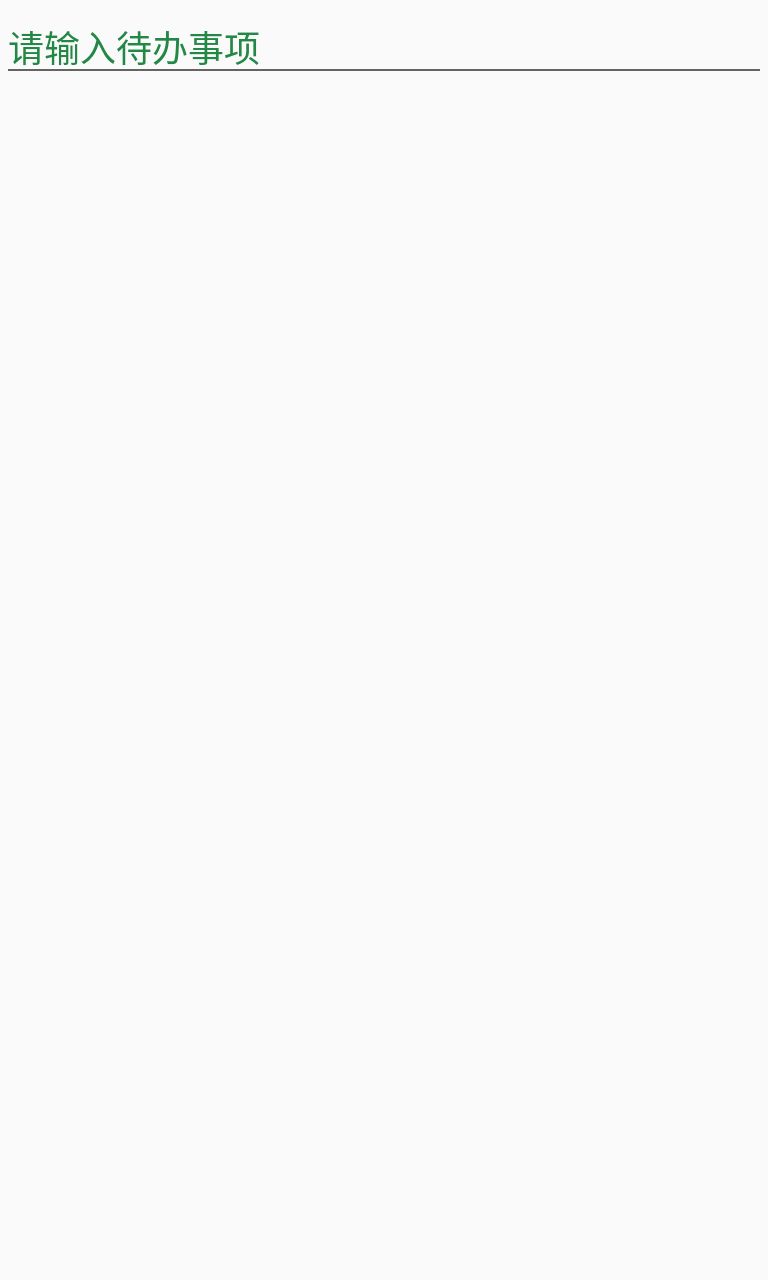
Repository: sh-zh-en/NBTodo
Layout: nbtodo/NBTodo/res/layout/addition_task_layout.xml
An editor plug-in stored every save of this project. The layout is shown before and after the next save, followed by the edit.
It is drawn on a 768 x 1280 px phone screen (xhdpi) without system bars, with theme AppTheme; the app's code is not run.

Above is the layout before, as saved 2015-02-05 22:36:47.

### nbtodo/NBTodo/res/layout/addition_task_layout.xml
<?xml version="1.0" encoding="utf-8"?>
<LinearLayout xmlns:android="http://schemas.android.com/apk/res/android"
    android:layout_width="match_parent"
    android:layout_height="match_parent"
    android:orientation="horizontal" >
    android:orientation="vertical" >

    <EditText
	    android:id="@+id/edit_text1"
	    android:layout_width="fill_parent"
	    android:layout_height="wrap_content"
	    android:maxLength="40"
	    android:hint="@string/addition_task_layout_edittext01"
	    android:textColorHint="#238745"/>

    <RadioGroup
        android:id="@+id/radiogroup1"
        android:layout_width="wrap_content"
        android:layout_height="wrap_content"
        android:orientation="vertical"
        android:layout_x="3px"   >
        <RadioButton
            android:id="@+id/radiobutton1"
            android:layout_width="wrap_content"
            android:layout_height="wrap_content"
            android:text="@string/addition_task_layout_radiobutton01"
        />
        <RadioButton
            android:id="@+id/radiobutton2"
            android:layout_width="wrap_content"
            android:layout_height="wrap_content"
            android:text="@string/addition_task_layout_radiobutton02"
        />
        <RadioButton
            android:id="@+id/radiobutton3"
            android:layout_width="wrap_content"
            android:layout_height="wrap_content"
            android:text="@string/addition_task_layout_radiobutton03"
        />
        <RadioButton
            android:id="@+id/radiobutton4"
            android:layout_width="wrap_content"
            android:layout_height="wrap_content"
            android:text="@string/addition_task_layout_radiobutton04"
        />
    </RadioGroup>



</LinearLayout>

### nbtodo/NBTodo/res/values/strings.xml
<?xml version="1.0" encoding="utf-8"?>
<resources>

    <string name="app_name">NBTodo</string>
    <string name="hello_world">Hello world!</string>
    <string name="action_settings">Settings</string>


    <string name="activity_nbtodo_main_button01">添加任务</string>


    <string name="addition_task_layout_edittext01">请输入待办事项</string>
    <string name="addition_task_layout_radiobutton01">很重要-很紧急</string>
    <string name="addition_task_layout_radiobutton02">很重要-不紧急</string>
    <string name="addition_task_layout_radiobutton03">不重要-很紧急</string>
    <string name="addition_task_layout_radiobutton04">不重要-不紧急</string>




</resources>

Loaded but not shown: nbtodo/NBTodo/res/values/styles.xml (common file); nbtodo/NBTodo/res/values-v11/styles.xml (common file); nbtodo/NBTodo/res/values-v14/styles.xml (common file)

After the next save:
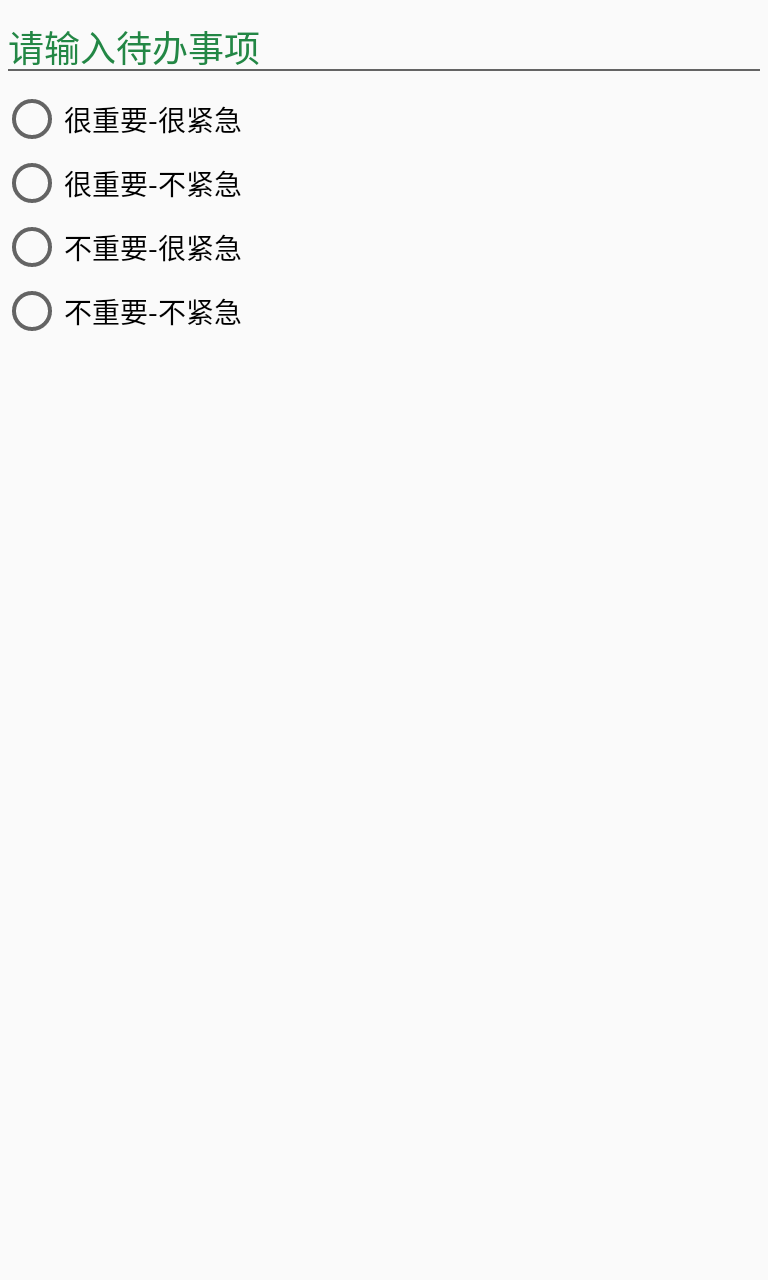
Saved 4 min 21 s later.
--- a/nbtodo/NBTodo/res/layout/addition_task_layout.xml
+++ b/nbtodo/NBTodo/res/layout/addition_task_layout.xml
@@ -2,8 +2,8 @@
 <LinearLayout xmlns:android="http://schemas.android.com/apk/res/android"
     android:layout_width="match_parent"
     android:layout_height="match_parent"
+    android:orientation="vertical" >
     android:orientation="horizontal" >
-    android:orientation="vertical" >
 
     <EditText
 	    android:id="@+id/edit_text1"
